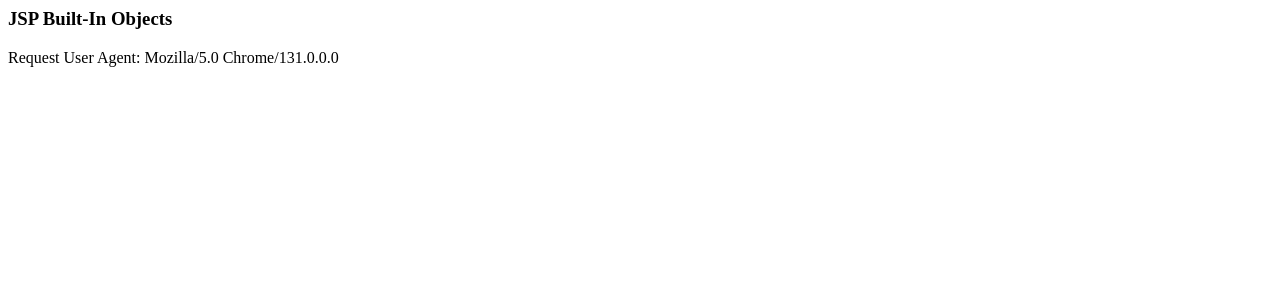
Repository: Aniket2311/Spring-Core-Spring-Boot-And-Hibernet
Page: http://localhost/jspdemo/builtin-test.jsp
The author's editor kept a copy of each file at every save. The page is drawn from the files as they stood at one save, then again after the next save.
The browser window is 1280 px wide. The pictures show the whole page.
The page is served by Tomcat 9.

Above is the page before, as saved 2019-04-08 10:56:22.

After the next save:
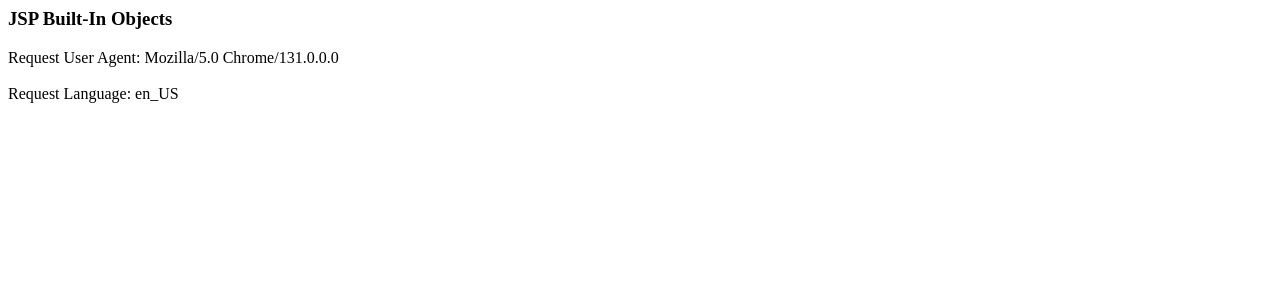
Saved 31 s later.
--- a/jspdemo/WebContent/builtin-test.jsp
+++ b/jspdemo/WebContent/builtin-test.jsp
@@ -8,7 +8,7 @@ Request User Agent: <%= request.getHeader("User-Agent") %>
 
 <br/><br/>
 
-
+Request Language: <%= request.getLocale() %>
 
 </body>
 
